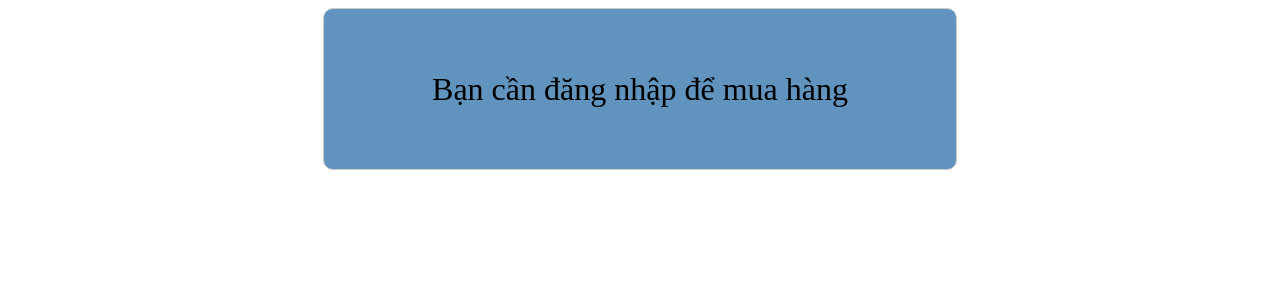
Repository: tung1233hhhhhhhhhhhhh/shoppingcart
Page: view/product/components/thongbao.html
These files come from the project's save history. The page is drawn as it stood at one moment and after the next save; the edit follows.
The browser window is 1280 px wide. The pictures show the whole page.

Above is the page before, as saved 2023-08-08 21:25:45.

### view/product/components/thongbao.html
<!DOCTYPE html>
<html lang="en">

<head>
    <meta charset="UTF-8">
    <meta name="viewport" content="width=device-width, initial-scale=1.0">
    <title>Document</title>
</head>
<style>
    .box {
        width: 50%;
        height: 10rem;
        background-color: rgb(96, 147, 189);
        border: 1px solid #Ccc;
        border-radius: 10px;
        margin: 0 auto;
    }

    .text {
        font-size: 2rem;
        text-align: center;
        line-height: 10rem;
    }
</style>

<body>

    <div class="box">
        <div class="text">Bạn cần đăng nhập để mua hàng</div>
    </div>
</body>

</html>

After the next save:
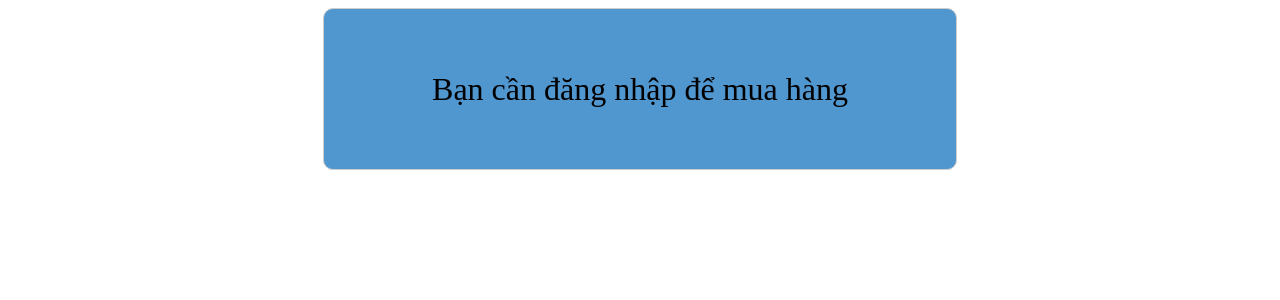
Saved 18 s later.
--- a/view/product/components/thongbao.html
+++ b/view/product/components/thongbao.html
@@ -10,7 +10,7 @@
     .box {
         width: 50%;
         height: 10rem;
-        background-color: rgb(96, 147, 189);
+        background-color: #5096cf;
         border: 1px solid #Ccc;
         border-radius: 10px;
         margin: 0 auto;
